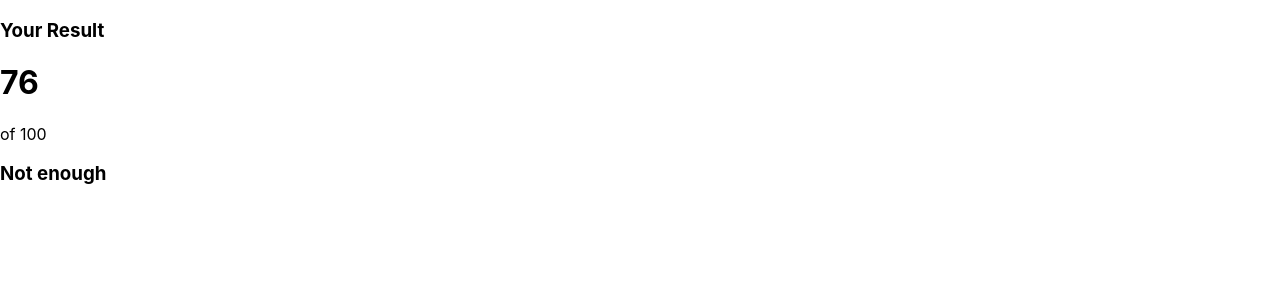
Repository: JeanPaulBassil/Result-Summary-Design
Page: /
The author's editor kept a copy of each file at every save. The page is drawn from the files as they stood at one save, then again after the next save.
The browser window is 1280 px wide. The pictures show the whole page.
The project was rebuilt for these pictures with package versions that can differ from the ones it lists, and the page was loaded fresh each time.

Above is the page before, as saved 2023-02-24 15:10:07.

### src/App.js
import Result from "./Components/Result/Result"
import Summary from "./Components/Summary/Summary"

export default function App() {
    return (
        <div className="app">
            <Result />
            <Summary />
        </div>
    )
};

### src/Components/Result/Result.js
import Description from "../Description/Description";
import Grade from "../Grade/Grade";
import data from "../../data.json";

export default function Result() {
    const score = Math.floor(data.reduce((totalGrade, category) => totalGrade + category.score , 0) / data.length)

    return (
        <div className="result">
            <h3>Your Result</h3>
            <Grade score={score}/>
            <Description score={score}/>
        </div>
    )
};

### src/Components/Summary/Summary.js
import data from "../../data.json"

export default function Summary() {
    return (
        <div className="summary">

        </div>
    )
};

### src/Components/Description/Description.js
export default function Description({score}) {
    const performance = _ => {
        if (score >= 90) return ['Excellent', 'You scored higher than 85% of people']
        else if (score >= 80) return ['Great', 'You scored higher than 65% of people']
        else if (score >= 70) return ['Not enough', "You're above nearly half the people"]
        else return ['Fail', 'Most people passed over you']
    }

    return (
        <div className="description">
        <h3>{performance()[0]}</h3>

        </div>
    )
};

### src/Components/Grade/Grade.js
export default function Grade({score}) {
    return (
        <div className="grade">
            <h1>{score}</h1>
            <p>of 100</p>
        </div>
    )
};

Loaded but not shown: public/index.html (common file); src/index.js (common file); src/index.css (common file); src/data.json (common file)

After the next save:
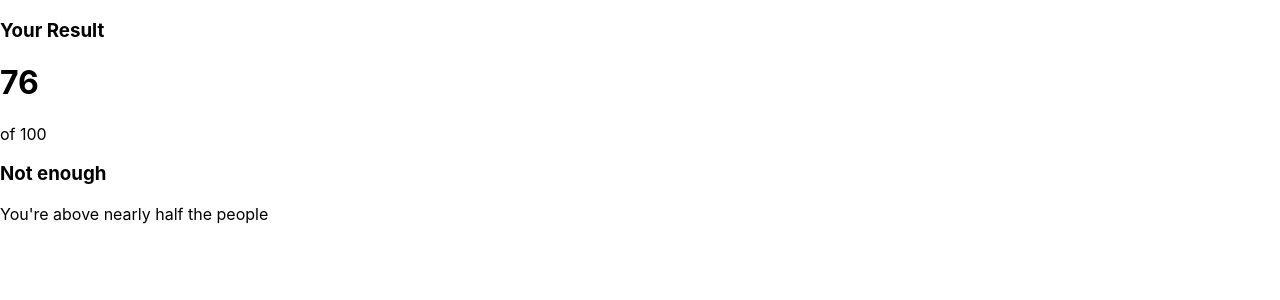
Saved 57 s later.
--- a/src/Components/Description/Description.js
+++ b/src/Components/Description/Description.js
@@ -9,6 +9,7 @@ export default function Description({score}) {
     return (
         <div className="description">
         <h3>{performance()[0]}</h3>
+        <p>{performance()[1]}</p>
 
         </div>
     )
